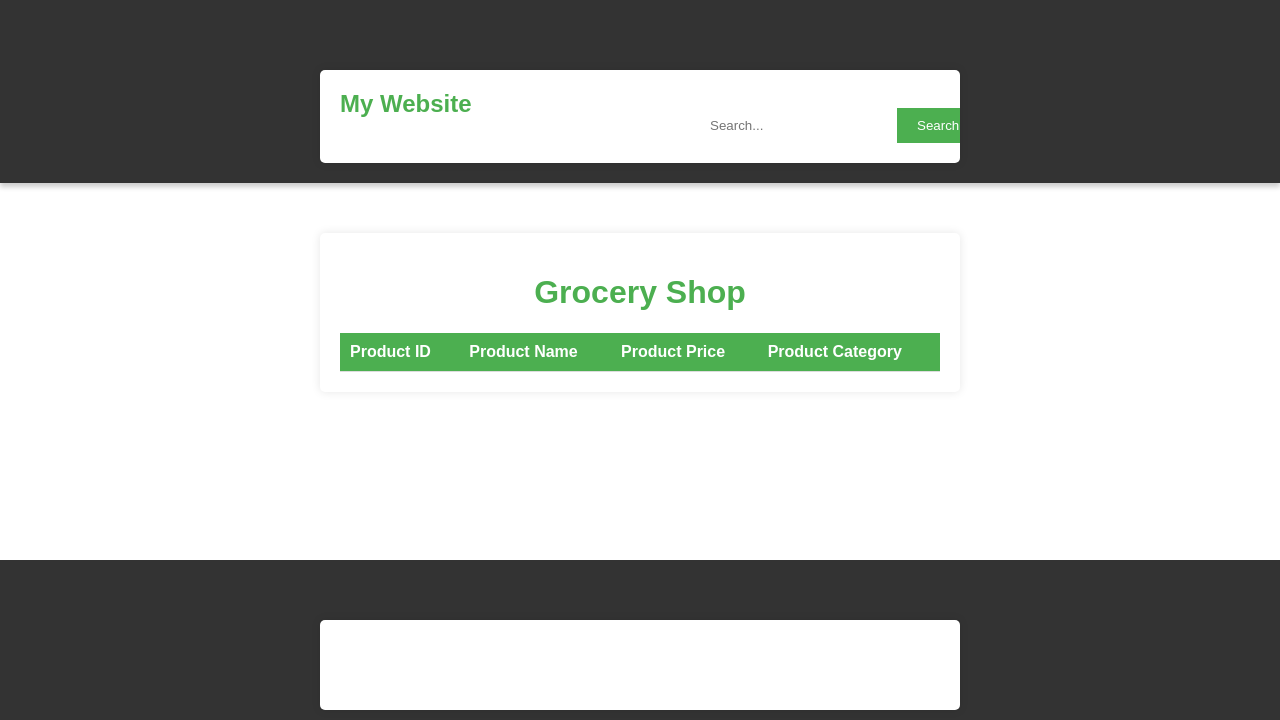
Repository: UrinduYatawakaa/OOP_project
Page: http://localhost/ProductDemo/categoryServlet
An editor plug-in stored every save of this project. The page is shown before and after the next save, followed by the edit.
The browser window is 1280 px wide. The pictures show the whole page.
The page is served by Tomcat 9. Queries for data that is not in the repository find no rows.

Above is the page before, as saved 2023-10-23 22:06:41.

After the next save:
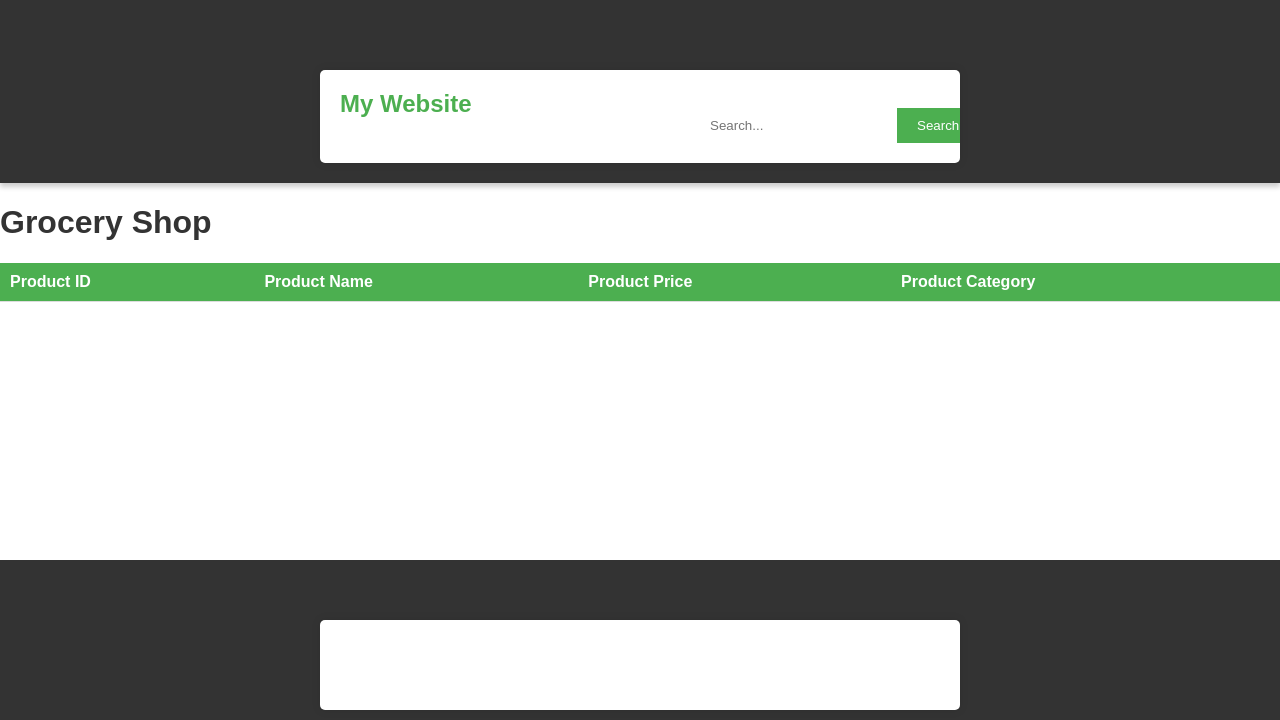
Saved 50 s later.
--- a/oop project/ProductDemo/src/main/webapp/category.jsp
+++ b/oop project/ProductDemo/src/main/webapp/category.jsp
@@ -35,7 +35,7 @@
 </header>
 
 <body>
-    <div class="container">
+    <div class="container2">
         <h1>Grocery Shop</h1>
         <table class="cart">
             <thead>
